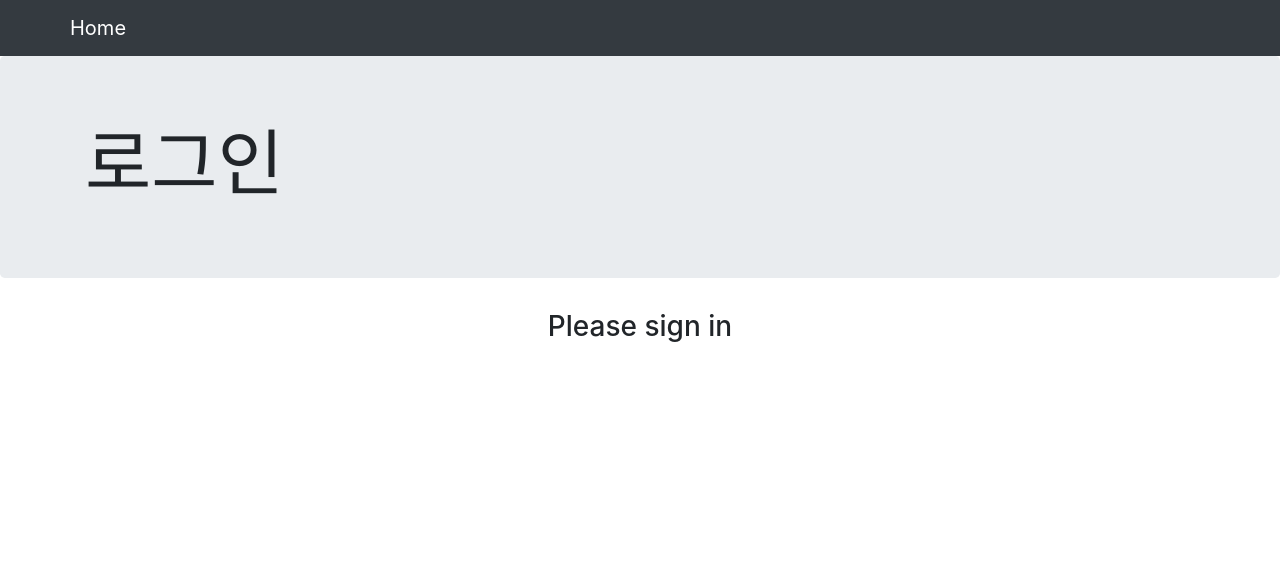
Repository: doyeong123/doyeonggit1
Page: http://localhost/webmarket/login.jsp
An editor plug-in stored every save of this project. The page is shown before and after the next save, followed by the edit.
The browser window is 1280 px wide. The pictures show the whole page.
The page is served by Tomcat 9. Other server files are loaded and not shown.

Above is the page before, as saved 2023-12-13 01:02:16.

### jsp/webmarket/src/main/webapp/login.jsp
<%@ page language="java" contentType="text/html; charset=UTF-8"
    pageEncoding="UTF-8"%>
<!DOCTYPE html>
<html>
<head>
<meta charset="UTF-8">
<title>Login</title>
	<link rel="stylesheet" href="https://cdn.jsdelivr.net/npm/bootstrap@4.0.0/dist/css/bootstrap.min.css" integrity="sha384-Gn5384xqQ1aoWXA+058RXPxPg6fy4IWvTNh0E263XmFcJlSAwiGgFAW/dAiS6JXm" crossorigin="anonymous">
</head>
<body>
	<jsp:include page="menu.jsp"/>
	<div class="jumbotron">
		<div class="container">
			<h1 class="display-3">로그인</h1>
		</div>
	</div>
	<div class="container" align="center">
		<div class="col-md-4 col-md-offset-4">
			<h3 class="form-signin-heading">Please sign in</h3>
			<%
				String error = request.getParameter("error");
				if(error != null)
				{
					out.println("<div class='alert alert-danger'");
					out.println("아이디와 비밀번호를 확인해주세요.");
					out.println("</div>");

				}
			%>
		</div>
	</div>
</body>
</html>

### jsp/webmarket/src/main/webapp/menu.jsp
<%@ page language="java" contentType="text/html; charset=UTF-8"
    pageEncoding="UTF-8"%>
<!DOCTYPE html>
<html>
<head>
<meta charset="UTF-8">
<title>Insert title here</title>
</head>
<body>
	<!-- ch02 2번 -->
	<nav class = "navbar navbar-expand navbar-dark bg-dark">
		<div class = "container">
			<div class = "navbar-header">
				<a class = "navbar-brand" href="./welcome.jsp">
					Home
				</a>
			</div>
		</div>
	</nav>
</body>
</html>

After the next save:
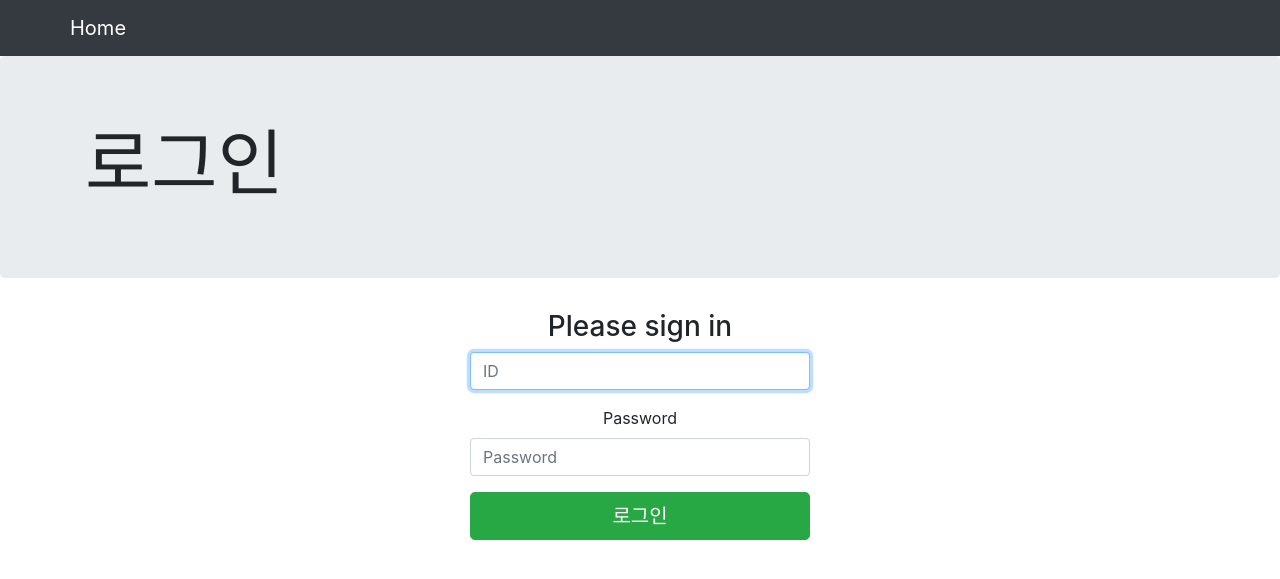
Saved 11 min 16 s later.
--- a/jsp/webmarket/src/main/webapp/login.jsp
+++ b/jsp/webmarket/src/main/webapp/login.jsp
@@ -24,9 +24,21 @@
 					out.println("<div class='alert alert-danger'");
 					out.println("아이디와 비밀번호를 확인해주세요.");
 					out.println("</div>");
-
 				}
 			%>
+			<form class="form-signin" action="j_security_check" method="post">
+				<div class="form-group">
+					<label  for="inputUserName" class="sr-only">User Name</label>
+					<input type="text" class="form-control" placeholder="ID"
+					name='j_username' required autofocus>
+				</div>
+				<div class="form-group">
+					<label for="inputPassword" calss="sr-only">Password</label>
+					<input type="password" class="form-control" placeholder="Password"
+					name='j_password' required>
+				</div>
+				<button class="btn btn btn-lg btn-success btn-block" type="submit">로그인</button>
+			</form>
 		</div>
 	</div>
 </body>
